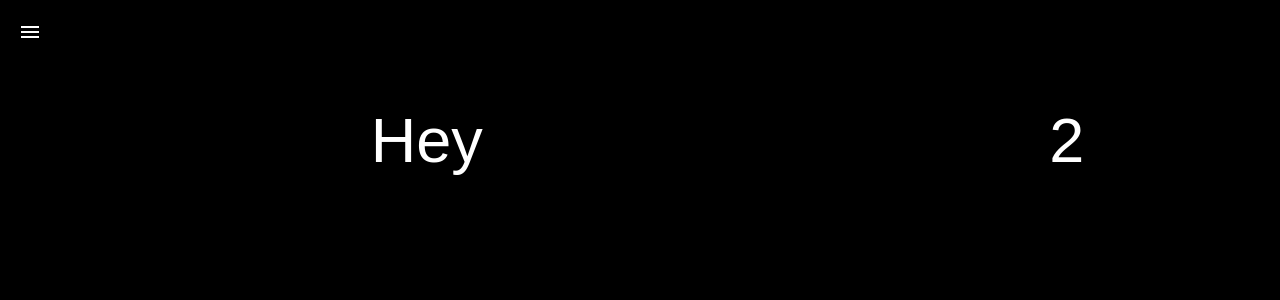
Repository: Ajtheult/final-project
Page: /cart
The author's editor kept a copy of each file at every save. The page is drawn from the files as they stood at one save, then again after the next save.
The browser window is 1280 px wide. The pictures show the whole page.
Some web fonts or font styles are not loaded; a fallback is used. Some web libraries are served in a nearby version. The project was rebuilt for these pictures with package versions that can differ from the ones it lists, and the page was loaded fresh each time. Also part of the build but not shown: src/layout/pages/LandingPage.js, src/layout/pages/About.js, src/layout/pages/catalogue/Keys.js, src/layout/pages/catalogue/String.js, src/layout/pages/catalogue/Woodwind.js, src/layout/pages/catalogue/Percussion.js, src/layout/pages/login/Login.js, src/layout/pages/login/NewSignUp.js.

Above is the page before, as saved 2020-07-23 10:16:29.

After the next save:
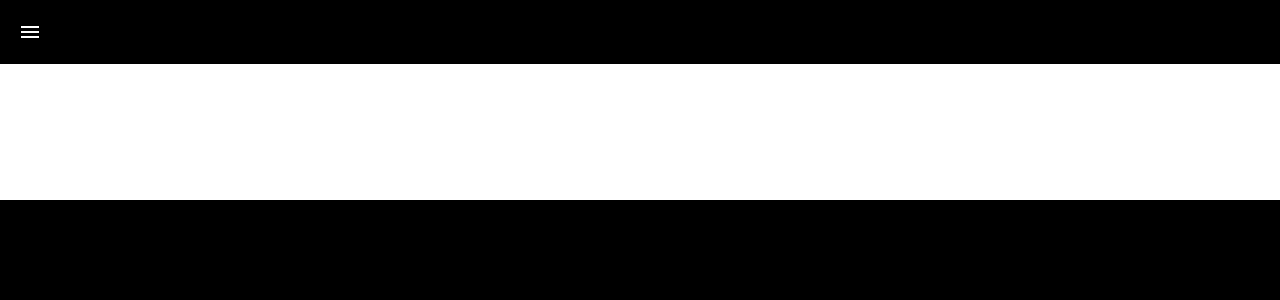
Saved 39 s later.
--- a/src/layout/pages/Cart.js
+++ b/src/layout/pages/Cart.js
@@ -2,7 +2,7 @@
 
 const Cart = () => {
   return (
-    <div>
+    <div className="white">
       <div class="row">
         <div class="col s8">
           <h1>Hey</h1>

After the save that followed:
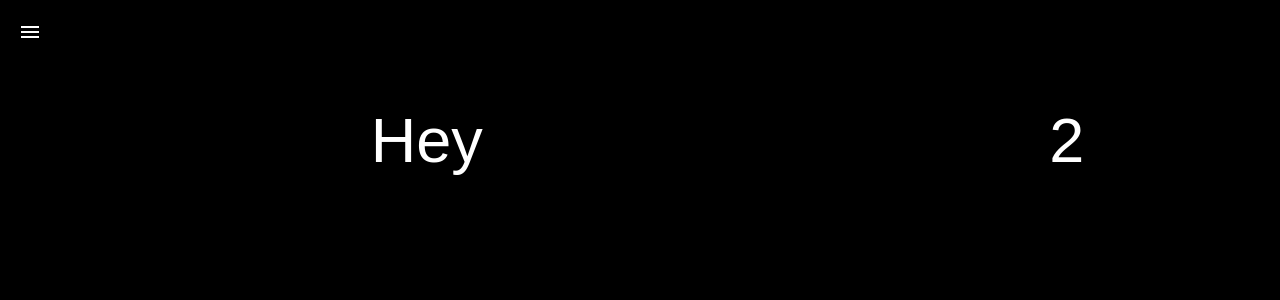
Saved 6 s later.
--- a/src/layout/pages/Cart.js
+++ b/src/layout/pages/Cart.js
@@ -2,7 +2,7 @@
 
 const Cart = () => {
   return (
-    <div className="white">
+    <div className="">
       <div class="row">
         <div class="col s8">
           <h1>Hey</h1>
